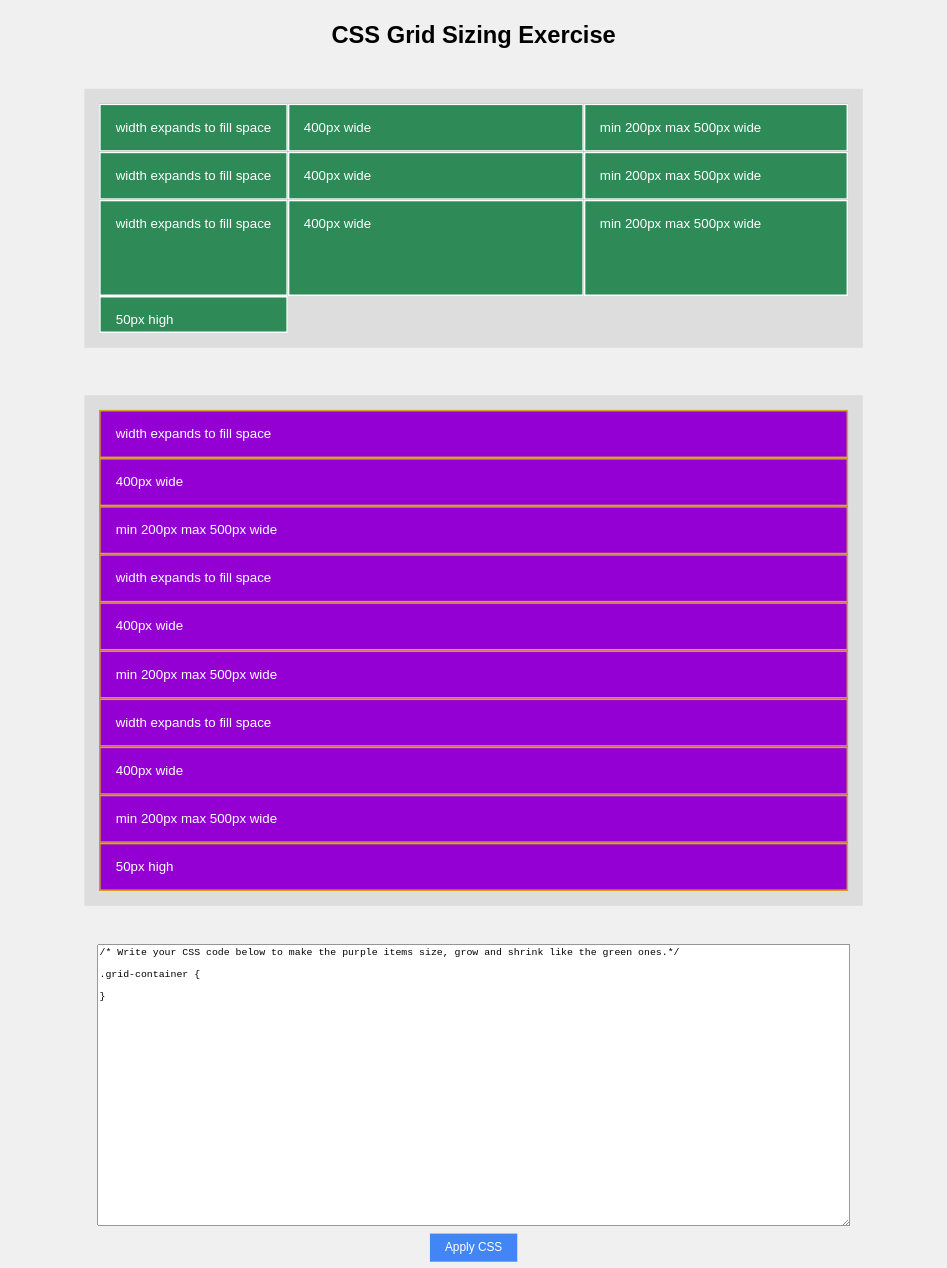
Repository: aniatot/CSS_KT
Page: 8 Grid Properties and beyond/Grid Sizing/test.html
The author's editor kept a copy of each file at every save. The page is drawn from the files as they stood at one save, then again after the next save.
The browser window is 1280 px wide. The pictures show the whole page, at 74% of full size.

Above is the page before, as saved 2023-10-19 11:16:20.

### 8 Grid Properties and beyond/Grid Sizing/test.html
<!DOCTYPE html>
<html lang="en">

<head>
  <meta charset="UTF-8">
  <meta name="viewport" content="width=device-width, initial-scale=1.0">
  <title>CSS Grid Sizing Exercise</title>
  <style>
    body {
      font-family: Arial, sans-serif;
      display: flex;
      flex-direction: column;
      align-items: center;
      justify-content: start;
      background-color: #f0f0f0;
    }

    textarea {
      width: 80%;
      min-height: 150px;
      margin-top: 20px;
      resize: vertical;
      font-family: monospace;
    }

    button {
      margin-top: 10px;
      padding: 10px 20px;
      background-color: #4285f4;
      color: white;
      font-size: 16px;
      border: none;
      cursor: pointer;
    }

    .parent {
      display: grid;
      grid-template-rows: 1fr 1fr 2fr;
      grid-template-columns: auto 400px minmax(200px, 500px);
      grid-auto-rows: 50px;
      width: 80%;
      background-color: #ddd;
      padding: 20px;
      margin: 2rem;
    }

    .parent>* {
      background-color: seagreen;
      color: white;
      font-size: 18px;
      padding: 20px;
      border: 2px solid white;
    }

    .grid-container {
      width: 80%;
      background-color: #ddd;
      padding: 20px;
      margin: 2rem;
    }

    .grid-item {
      background-color: darkviolet;
      color: white;
      font-size: 18px;
      padding: 20px;
      border: 2px solid goldenrod;
    }
  </style>
</head>

<body>
  <h1>CSS Grid Sizing Exercise</h1>
  <div class="parent">
    <div class="child">width expands to fill space</div>
    <div class="child">400px wide</div>
    <div class="child">min 200px max 500px wide</div>
    <div class="child">width expands to fill space</div>
    <div class="child">400px wide</div>
    <div class="child">min 200px max 500px wide</div>
    <div class="child">width expands to fill space</div>
    <div class="child">400px wide</div>
    <div class="child">min 200px max 500px wide</div>
    <div class="child">50px high</div>
  </div>
  <div class="grid-container" id="container">
    <div class="grid-item">width expands to fill space</div>
    <div class="grid-item">400px wide</div>
    <div class="grid-item">min 200px max 500px wide</div>
    <div class="grid-item">width expands to fill space</div>
    <div class="grid-item">400px wide</div>
    <div class="grid-item">min 200px max 500px wide</div>
    <div class="grid-item">width expands to fill space</div>
    <div class="grid-item">400px wide</div>
    <div class="grid-item">min 200px max 500px wide</div>
    <div class="grid-item">50px high</div>
  </div>
  <textarea id="user-css" placeholder="Write your CSS code here..." rows="25">
/* Write your CSS code below to make the purple items size, grow and shrink like the green ones.*/

.grid-container {

}

  </textarea>
  <button onclick="applyUserCss()">Apply CSS</button>

  <script>
    function applyUserCss() {
      const userCss = document.getElementById('user-css').value;
      const style = document.createElement('style');
      style.innerHTML = userCss;
      document.head.appendChild(style);
    }
  </script>
</body>

</html>

After the next save:
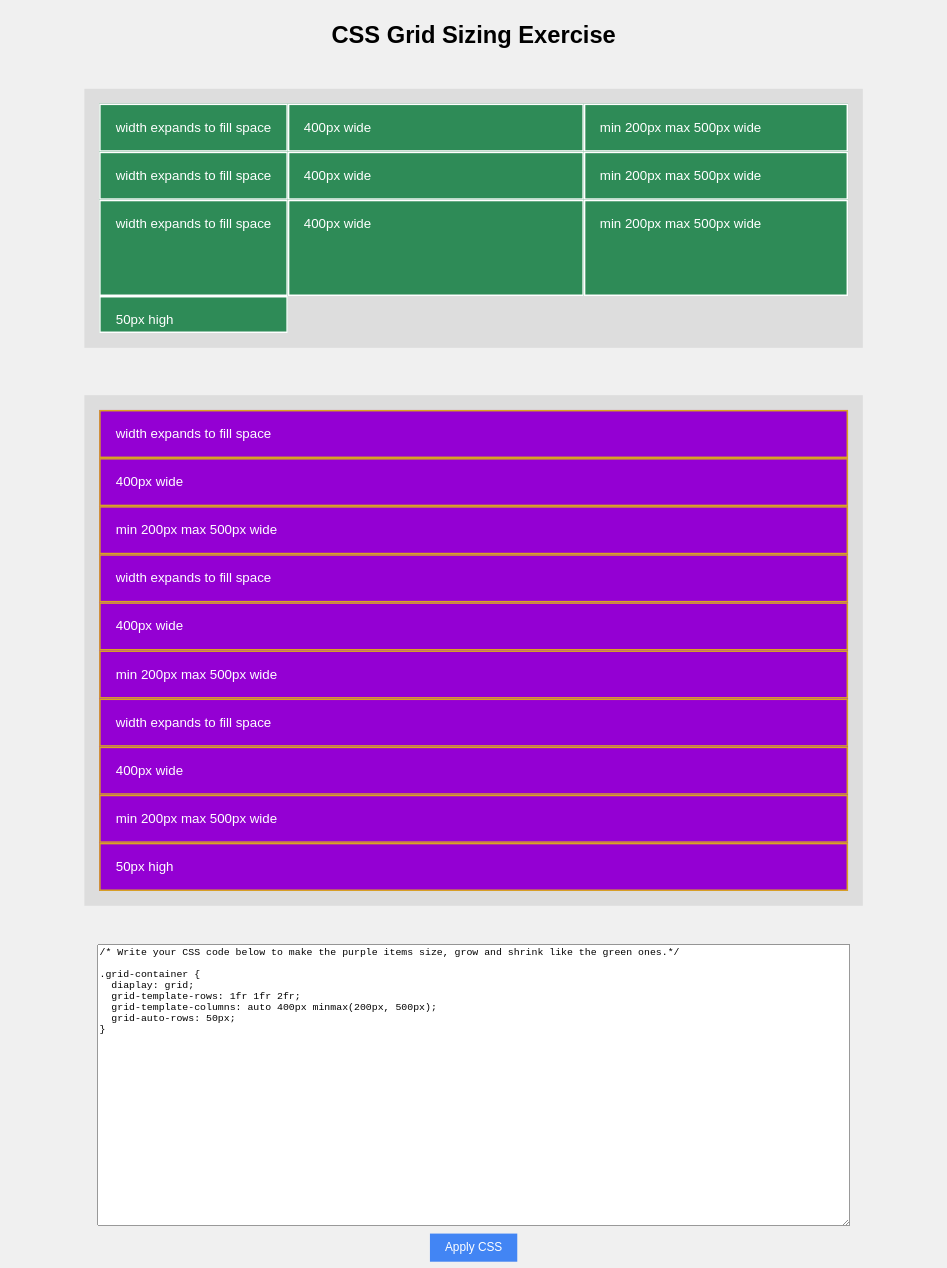
Saved 55 min 49 s later.
--- a/8 Grid Properties and beyond/Grid Sizing/test.html
+++ b/8 Grid Properties and beyond/Grid Sizing/test.html
@@ -99,7 +99,10 @@
 /* Write your CSS code below to make the purple items size, grow and shrink like the green ones.*/
 
 .grid-container {
-
+  diaplay: grid;
+  grid-template-rows: 1fr 1fr 2fr;
+  grid-template-columns: auto 400px minmax(200px, 500px);
+  grid-auto-rows: 50px;
 }
 
   </textarea>

After the save that followed:
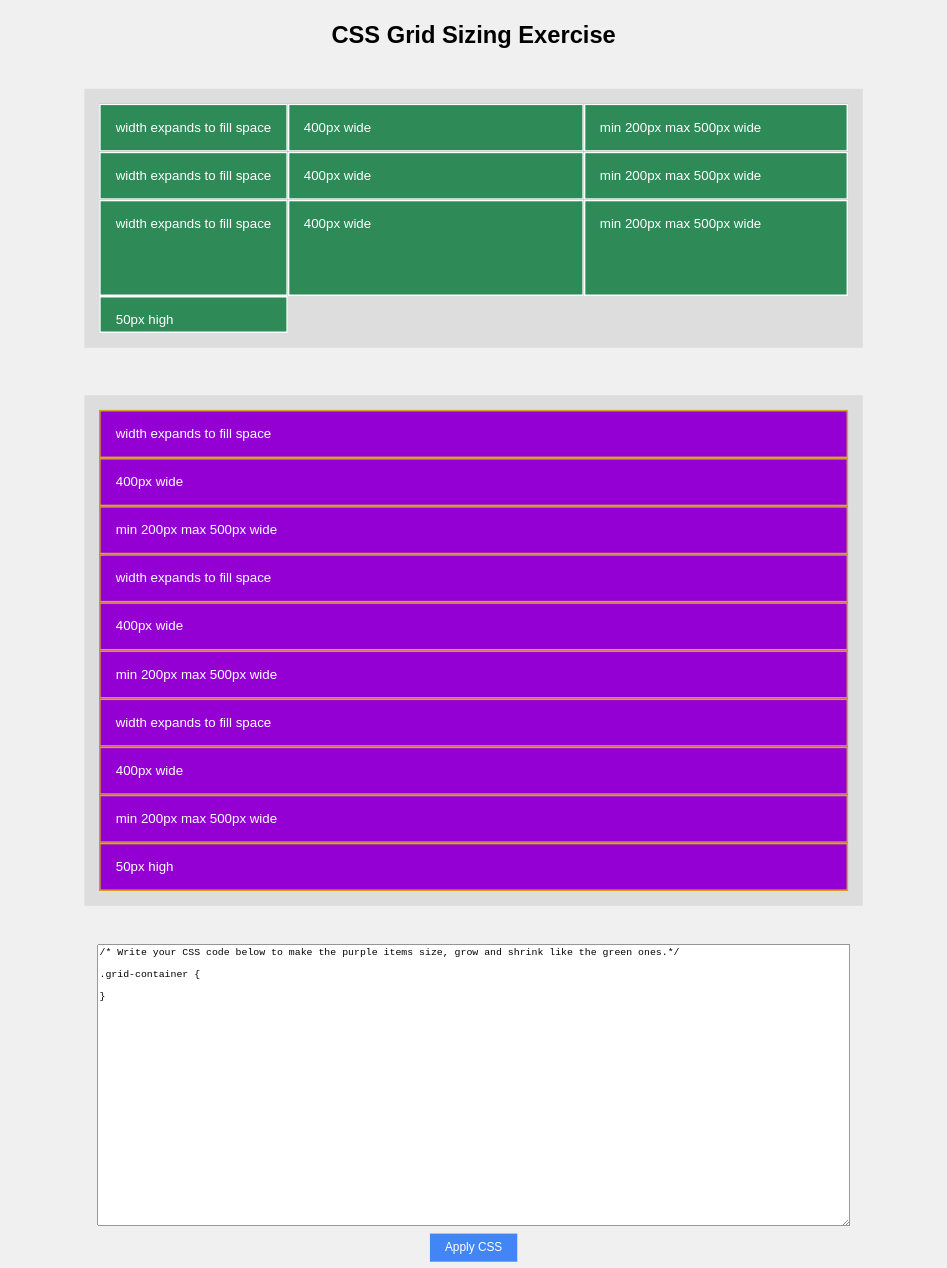
Saved 47 s later.
--- a/8 Grid Properties and beyond/Grid Sizing/test.html
+++ b/8 Grid Properties and beyond/Grid Sizing/test.html
@@ -99,10 +99,7 @@
 /* Write your CSS code below to make the purple items size, grow and shrink like the green ones.*/
 
 .grid-container {
-  diaplay: grid;
-  grid-template-rows: 1fr 1fr 2fr;
-  grid-template-columns: auto 400px minmax(200px, 500px);
-  grid-auto-rows: 50px;
+
 }
 
   </textarea>
